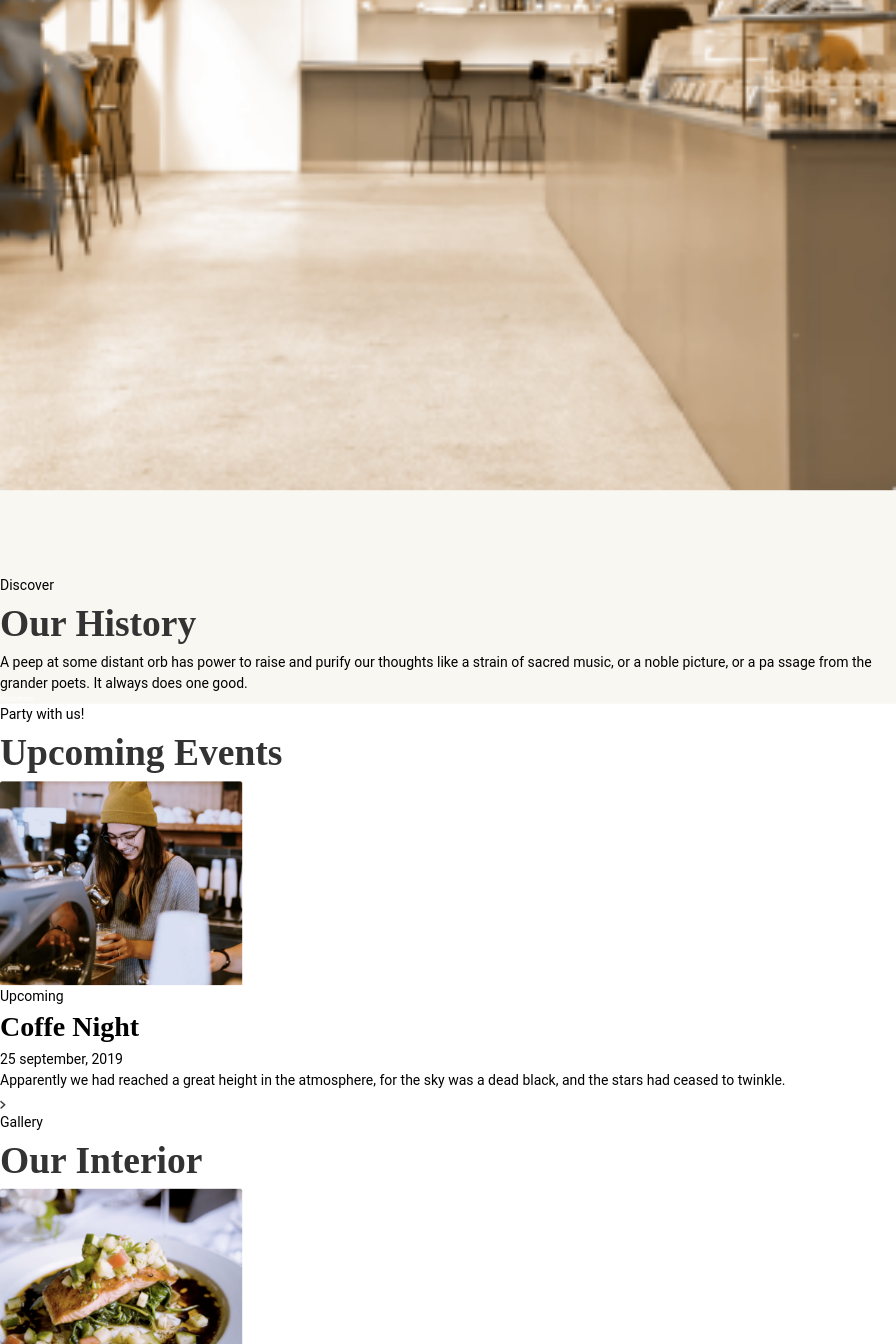
Repository: murilopellis-12/Tailwind-Prova
Page: index.html
An editor plug-in stored every save of this project. The page is shown before and after a run of saves, followed by the edit.
The browser window is 1280 px wide. The pictures show the part of the page from y = 1576 to 3496 px (the page is 5941 px tall), at 70% of full size.

Above is the page before, as saved 2026-10-26 21:23:53.
Not found: style.css

After the next 4 saves:
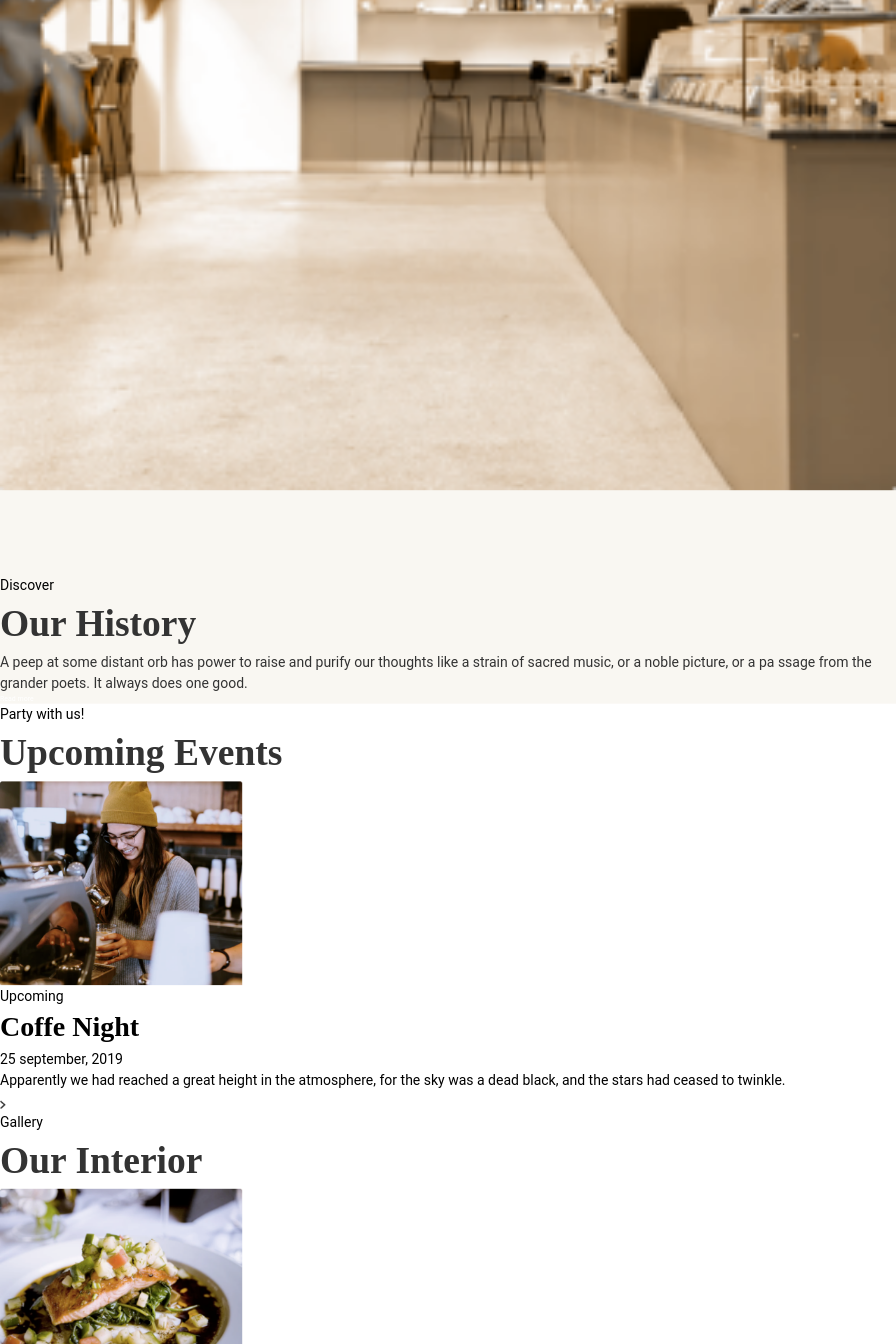
The 4 saves are shown as one change because they came seconds apart.
The last was saved 10 s later.
--- a/index.html
+++ b/index.html
@@ -235,7 +235,7 @@
           <div class="nossa-historia-texto flex flex-col justify-center">
             <p class="categorias-site text-[2.4rem] text-light" id="categoria-descobrir">Discover</p>
             <h2 id="nossa-historia-h2">Our History</h2>
-            <p class="paragrafos-site text">
+            <p class="paragrafos-site text-[var(--cor-primaria)] ">
               A peep at some distant orb has power to raise and purify our
               thoughts like a strain of sacred music, or a noble picture, or a
               pa ssage from the grander poets. It always does one good.
